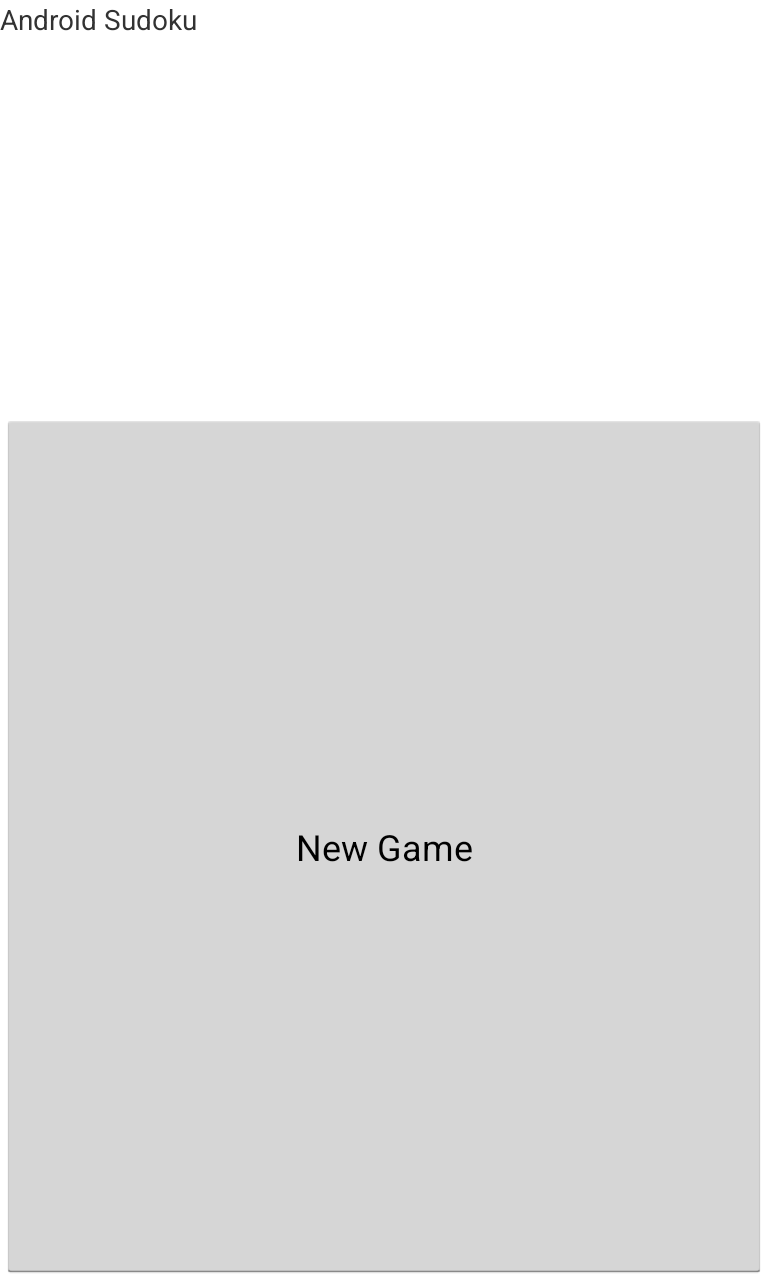
Repository: thomasfox13/android-stuff
Layout: Sudoku/res/layout/activity_sudoku.xml
These files come from the project's save history. The layout is drawn as it stood at one moment and after the next save; the edit follows.
It is drawn on a 768 x 1280 px phone screen (xhdpi) without system bars, with theme AppTheme; the app's code is not run.

Above is the layout before, as saved 2014-02-08 06:33:54.

### Sudoku/res/layout/activity_sudoku.xml
<?xml version="1.0" encoding="utf-8"?>
<LinearLayout xmlns:android="http://schemas.android.com/apk/res/android"
    xmlns:tools="http://schemas.android.com/tools"
    android:layout_width="match_parent"
    android:layout_height="match_parent"
    android:orientation="vertical"
    tools:context=".Sudoku" >

    <TextView
        android:layout_width="match_parent"
        android:layout_height="wrap_content"
        android:text="@string/main_title" />
    <Button
        android:layout_width="fill_porent"
        android:layout_height="wrap_content"
		android:text="@string/continue_label" />
    <Button
        android:layout_width="fill_parent"
        android:layout_height="match_parent"
        android:text="@string/new_game_label" />
    <Button
        android:layout_width="fill_parent"
        android:layout_height="wrap_content"
        android:text="@string/about_label" />
    <Button
        android:layout_width="fill_parent"
        android:layout_height="wrap_content"
        android:text="@string/exit_label" />

</LinearLayout>

### Sudoku/res/values/styles.xml
<?xml version="1.0" encoding="utf-8"?>
<resources>

    <string name="main_title">Android Sudoku</string>
	<string name="continue_label">Continue</string>
	<string name="new_game_label">New Game</string>
    <string name="about_label">About</string>
    <string name="exit_label">Exit</string>

    <!--
        Base application theme, dependent on API level. This theme is replaced
        by AppBaseTheme from res/values-vXX/styles.xml on newer devices.
    -->
    <style name="AppBaseTheme" parent="android:Theme.Light">
        <!--
            Theme customizations available in newer API levels can go in
            res/values-vXX/styles.xml, while customizations related to
            backward-compatibility can go here.
        -->
    </style>

    <!-- Application theme. -->
    <style name="AppTheme" parent="AppBaseTheme">
        <!-- All customizations that are NOT specific to a particular API-level can go here. -->
    </style>

</resources>

Loaded but not shown: Sudoku/res/values-v11/styles.xml (common file); Sudoku/res/values-v14/styles.xml (common file)

After the next save:
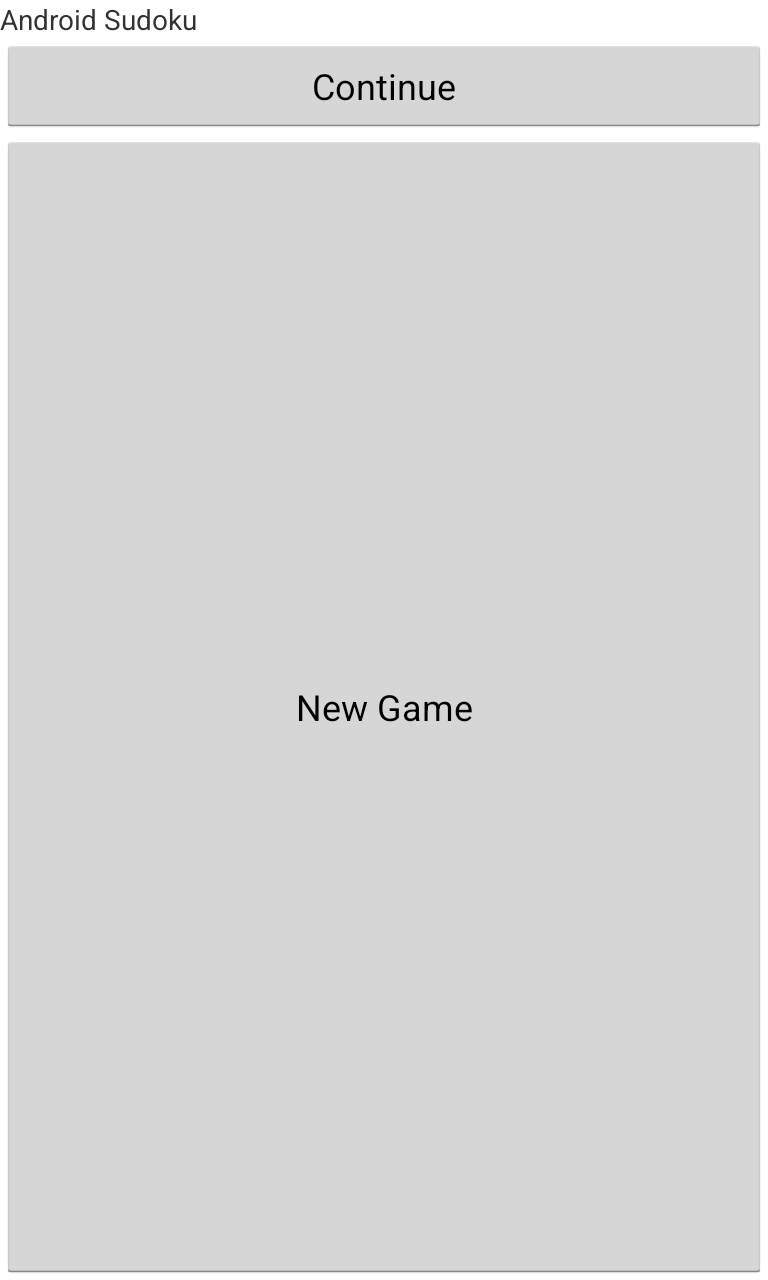
Saved 6 s later.
--- a/Sudoku/res/layout/activity_sudoku.xml
+++ b/Sudoku/res/layout/activity_sudoku.xml
@@ -11,7 +11,7 @@
         android:layout_height="wrap_content"
         android:text="@string/main_title" />
     <Button
-        android:layout_width="fill_porent"
+        android:layout_width="fill_parent"
         android:layout_height="wrap_content"
 		android:text="@string/continue_label" />
     <Button
